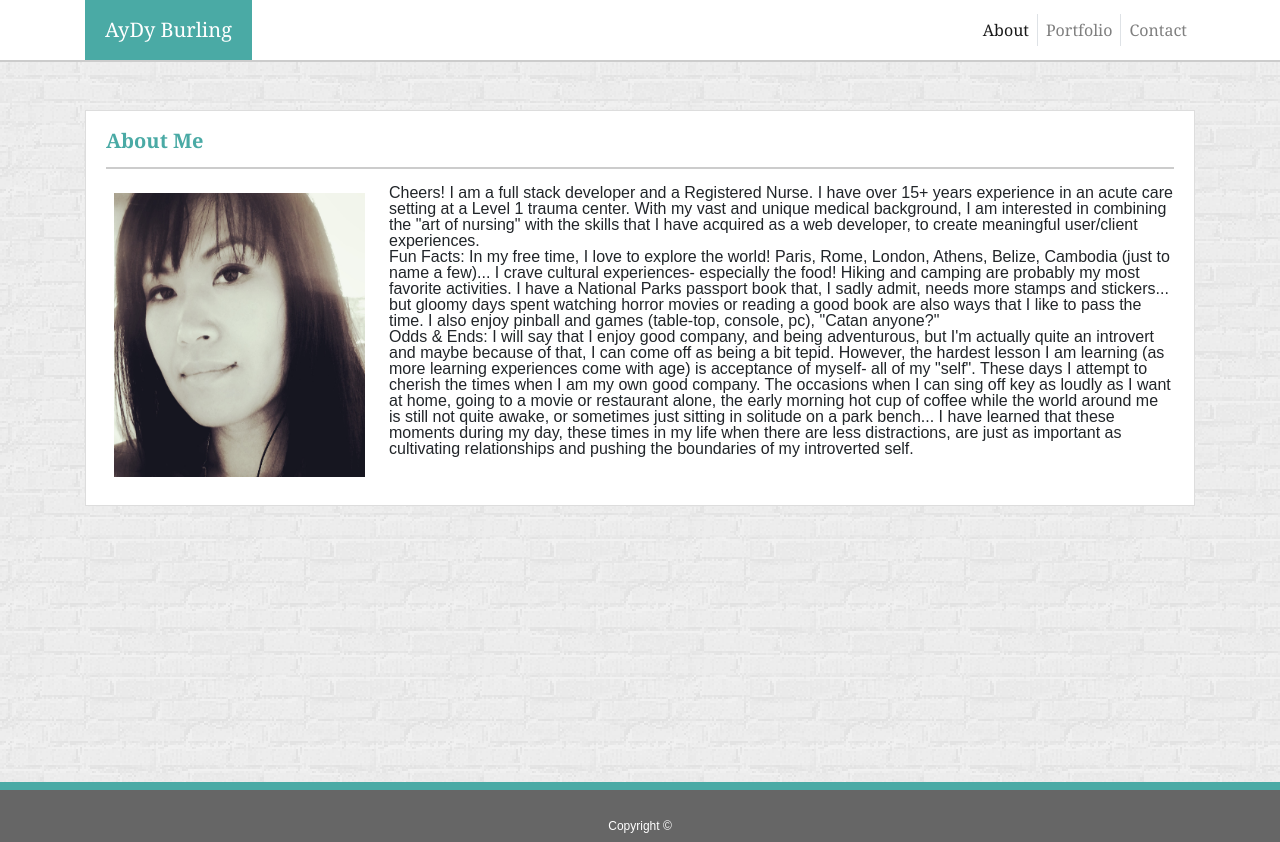
Repository: Dee1985/AyDy-Burling-prework
Page: Module-1_Assessment/index.html
These files come from the project's save history. The page is drawn as it stood at one moment and after the next save; the edit follows.
The browser window is 1280 px wide. The pictures show the whole page.

Above is the page before, as saved 2020-05-22 21:59:56.

### Module-1_Assessment/index.html
<!DOCTYPE html>
<html lang="en">
	<head>
		<meta charset="UTF-8" />
		<meta name="viewport" content="width=device-width, initial-scale=1.0" />
		<meta http-equiv="X-UA-Compatible" content="ie=edge" />
		<title>About</title>

		<link
			rel="stylesheet"
			href="https://stackpath.bootstrapcdn.com/bootstrap/4.3.1/css/bootstrap.min.css"
			integrity="sha384-ggOyR0iXCbMQv3Xipma34MD+dH/1fQ784/j6cY/iJTQUOhcWr7x9JvoRxT2MZw1T"
			crossorigin="anonymous"
		/>
		<link rel="stylesheet" href="assets/css/reset.css" />
		<link rel="stylesheet" href="assets/css/style.css" />
	</head>
	<body>
		<nav class="navbar navbar-light navbar-expand-lg p-0 another-card">
			<div class="container">
				<a href="# " class="navbar-brand text-white">AyDy Burling</a>
				<button
					class="navbar-toggler"
					type="button"
					data-toggle="collapse"
					data-target="#navbarTogglerDemo02"
					aria-controls="navbarTogglerDemo02"
					aria-expanded="false"
					aria-label="Toggle navigation"
				>
					<span class="navbar-toggler-icon"></span>
				</button>
				<div class="collapse navbar-collapse" id="navbarTogglerDemo02">
					<ul class="navbar-nav ml-auto mt-2 mt-lg-0">
						<li class="nav-item active">
							<a class="nav-link border-right" href="#">About</a>
						</li>
						<li class="nav-item">
							<a class="nav-link border-right" href="portfolio.html"
								>Portfolio</a
							>
						</li>
						<li class="nav-item">
							<a class="nav-link" href="contact.html" tabindex="-1">Contact</a>
						</li>
					</ul>
				</div>
			</div>
		</nav>

		<section class="another-card vh-100">
			<div class="container">
				<div class="row">
					<div class="col-lg-12 mb-4">
						<div class="card mt-5 rounded-0">
							<div class="card-body">
								<h5 class="card-title">About Me</h5>
								<hr />
								<div class="media">
									<img
										src="assets/img/IMG_0322.JPG"
										width="25%"
										height="300"
										class="mr-3 p-2"
										alt="..."
									/>
									<div class="media-body">
										<p>
											Cheers! I am a full stack developer and a Registered
											Nurse. I have over 15+ years experience in an acute care
											setting at a Level 1 trauma center. With my vast and
											unique medical background, I am interested in combining
											the "art of nursing" with the skills that I have acquired
											as a web developer, to create meaningful user/client
											experiences.
										</p>
										<p>
											Fun Facts: In my free time, I love to explore the world!
											Paris, Rome, London, Athens, Belize, Cambodia (just to
											name a few)... I crave cultural experiences- especially
											the food! Hiking and camping are probably my most favorite
											activities. I have a National Parks passport book that, I
											sadly admit, needs more stamps and stickers... but gloomy
											days spent watching horror movies or reading a good book
											are also ways that I like to pass the time. I also enjoy
											pinball and games (table-top, console, pc), "Catan
											anyone?"
										</p>
										<p>
											Odds & Ends: I will say that I enjoy good company, and
											being adventurous, but I'm actually quite an introvert and
											maybe because of that, I can come off as being a bit
											tepid. However, the hardest lesson I am learning (as more
											learning experiences come with age) is acceptance of
											myself- all of my "self". These days I attempt to cherish
											the times when I am my own good company. The occasions
											when I can sing off key as loudly as I want at home, going
											to a movie or restaurant alone, the early morning hot cup
											of coffee while the world around me is still not quite
											awake, or sometimes just sitting in solitude on a park
											bench... I have learned that these moments during my day,
											these times in my life when there are less distractions,
											are just as important as cultivating relationships and
											pushing the boundaries of my introverted self.
										</p>
									</div>
								</div>
							</div>
						</div>
					</div>
				</div>
			</div>
		</section>

		<footer>
			<div class="text-center text-white">Copyright &copy;</div>
		</footer>

		<script
			src="https://code.jquery.com/jquery-3.3.1.slim.min.js"
			integrity="sha384-q8i/X+965DzO0rT7abK41JStQIAqVgRVzpbzo5smXKp4YfRvH+8abtTE1Pi6jizo"
			crossorigin="anonymous"
		></script>
		<script
			src="https://cdnjs.cloudflare.com/ajax/libs/popper.js/1.14.7/umd/popper.min.js"
			integrity="sha384-UO2eT0CpHqdSJQ6hJty5KVphtPhzWj9WO1clHTMGa3JDZwrnQq4sF86dIHNDz0W1"
			crossorigin="anonymous"
		></script>
		<script
			src="https://stackpath.bootstrapcdn.com/bootstrap/4.3.1/js/bootstrap.min.js"
			integrity="sha384-JjSmVgyd0p3pXB1rRibZUAYoIIy6OrQ6VrjIEaFf/nJGzIxFDsf4x0xIM+B07jRM"
			crossorigin="anonymous"
		></script>
	</body>
</html>

### Module-1_Assessment/assets/css/style.css
* {
	margin: 0;
	padding: 0;
}

section {
	/* https://www.toptal.com/designers/subtlepatterns/?s=brick */
	background-image: url('../img/brickwall_@2X.png');
	background-position: center;
}

nav {
	font-family: Cambria, Cochin, Georgia, Times, 'Times New Roman', serif;
}

.btn {
	background-color: #4aaaa5;
	border-color: #4aaaa5;
}
.navbar {
	border-bottom: 2px solid #cccccc;
}
a.navbar-brand {
	background-color: #4aaaa5;
	padding: 20px;
	margin: 0;
}
hr {
	border-top: 2px solid;
	border-color: #cccccc;
}

.card {
	font-family: Arial, Helvetica, sans-serif;
	border-color: #dddddd;
}
.card-title {
	font-size: 20px;
	color: #4aaaa5;
	font-family: Cambria, Cochin, Georgia, Times, 'Times New Roman', serif;
	font-weight: bold;
}
.card-heading {
	background-color: #4aaaa5;
	font-size: 16px;
	font-family: Cambria, Cochin, Georgia, Times, 'Times New Roman', serif;
	position: absolute;
	bottom: 5%;
	width: 100%;
	padding-top: 10px;
	padding-bottom: 10px;
}

footer {
	border-top: 8px solid #4aaaa5;
	background-color: #666666;
	color: #ffffff;
	font-family: Arial, 'Helvetica Neue', Helvetica, sans-serif;
	font-size: 12px;
	height: 60px;
	padding-top: 30px;
	position: relative;
	bottom: 0;
}

Loaded but not shown: Module-1_Assessment/assets/css/reset.css (common file)

After the next save:
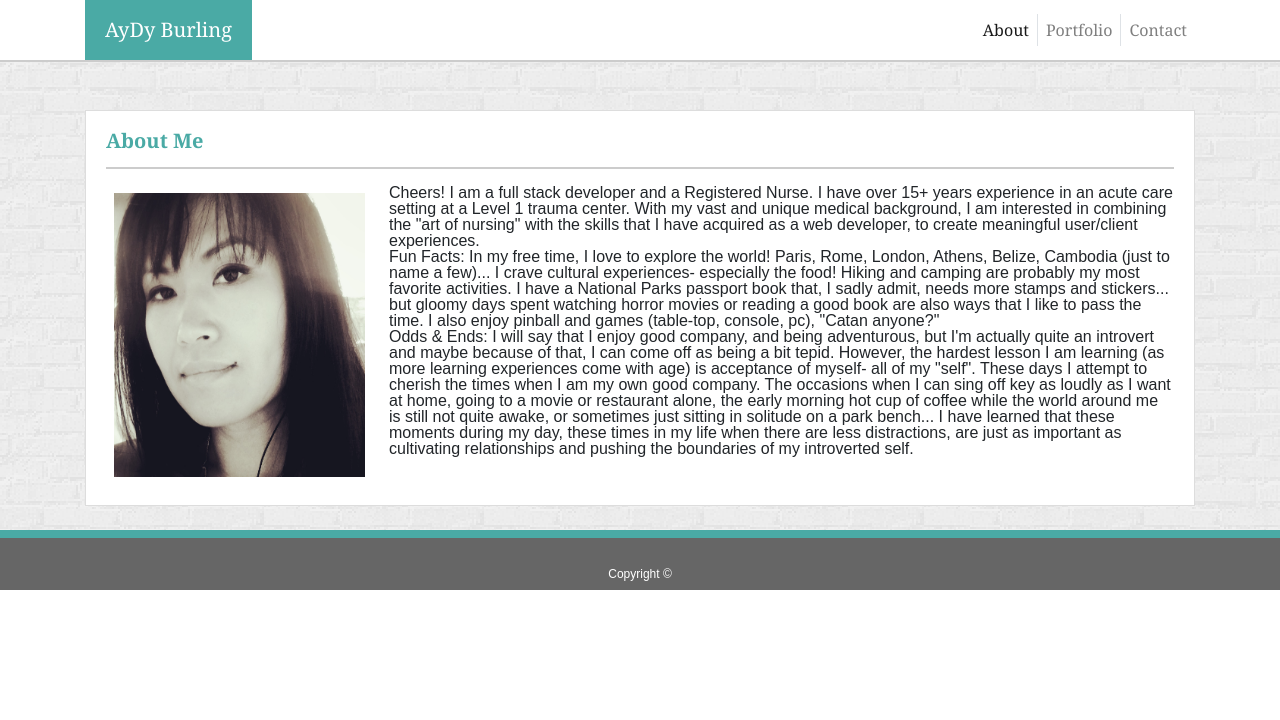
Saved 63 s later.
--- a/Module-1_Assessment/index.html
+++ b/Module-1_Assessment/index.html
@@ -48,7 +48,7 @@
 			</div>
 		</nav>
 
-		<section class="another-card vh-100">
+		<section class="another-card">
 			<div class="container">
 				<div class="row">
 					<div class="col-lg-12 mb-4">
